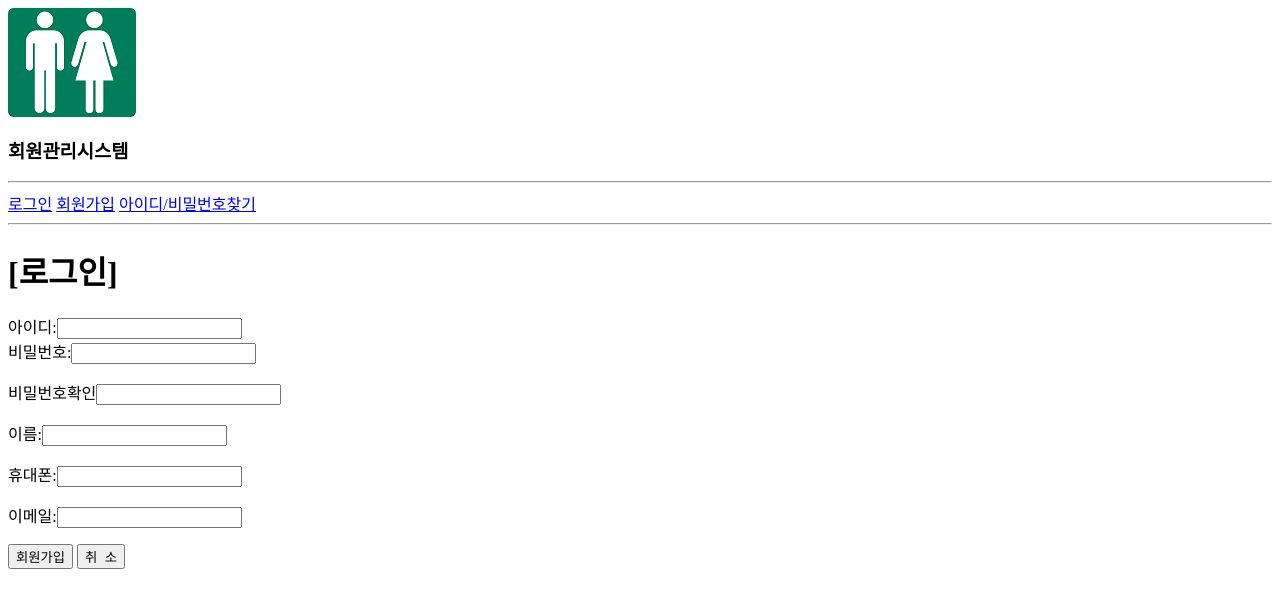
Repository: helloJunejun/WorkSpace_WebUi
Page: 0.1html_basic/src/main/webapp/joinMember.html
An editor plug-in stored every save of this project. The page is shown before and after the next save, followed by the edit.
The browser window is 1280 px wide. The pictures show the whole page.

Above is the page before, as saved 2021-06-24 00:14:41.

### 0.1html_basic/src/main/webapp/joinMember.html
<!--  문서타입 선언문 : html4 -->
<!DOCTYPE html PUBLIC "-//W3C//DTD HTML 4.01 Transitional//EN" "http://www.w3.org/TR/html4/loose.dtd">

<!--  root tag -->
<html lang="ko">
<!--  html 문서에 대한 부가적인 파싱 정보
	1. mime-type, character encoding 설정
	2. title 문서 제목
	3. css 설정
	4. javascript 설정
	5. 검색엔진 키워드 설정
 -->
	<head>
	<!--  mime-type, charcter encoding 설정 -->
		<meta http-equiv="Content-Type" content="text/html; charset=UTF-8">

		<!--  문서(document) 제목, 즐겨찾기시에 기본 텍스트 -->
		<title>로그인 | MMS</title>
	</head>

	<!-- 브라우저에 서비스(보여지는) 내용 -->
	<body>
	<a href="index.html"><img src="img/pictogram2.png"></a>
	<h3>회원관리시스템</h3>
		<hr>
		<a href="login.html">로그인</a>
		<a href="joinMember.html">회원가입</a>
		<a href="findMember.html">아이디/비밀번호찾기</a>
		<hr>
	<h1>[로그인]</h1>
	<form action="result.html" method="post">
		아이디:<input type="text" name="memberId"><br>
		비밀번호:<input type="password" name="memberPw"><p>
		비밀번호확인<input type="password" name="memberPw"><p>
		이름:<input type="password" name="memberPw"><p>
		휴대폰:<input type="password" name="memberPw"><p>
		이메일:<input type="password" name="memberPw"><p>


		<input type="submit" value="회원가입">
		<input type="reset" value="취  소">


	</form>

	</body>
</html>

After the next save:
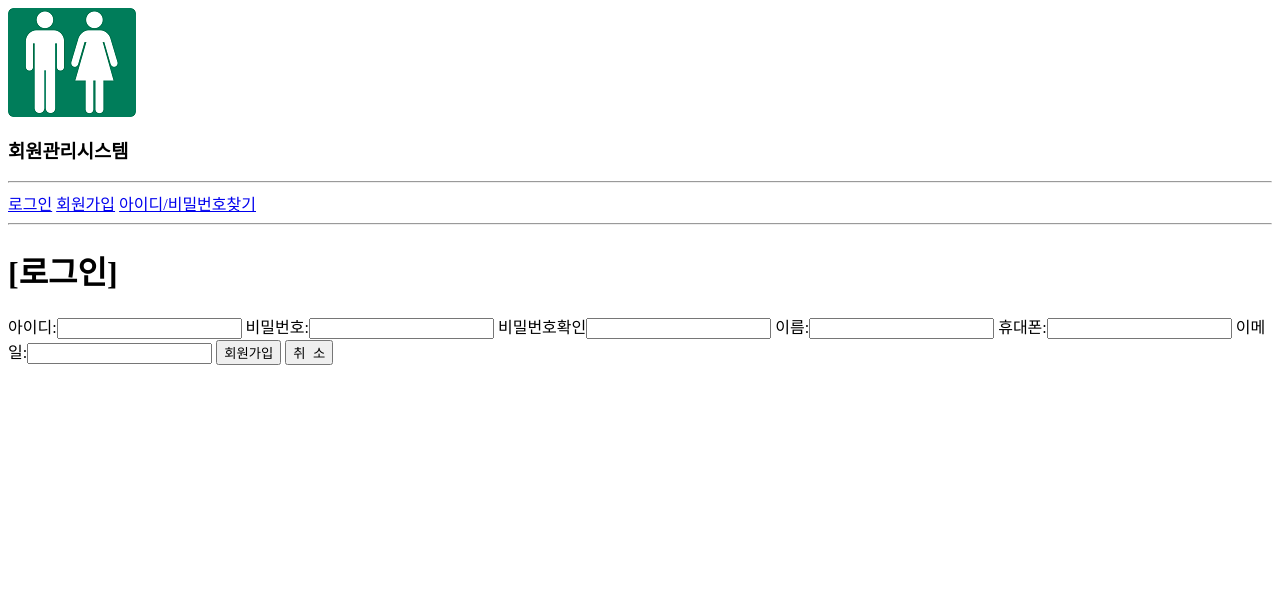
Saved 20 s later.
--- a/0.1html_basic/src/main/webapp/joinMember.html
+++ b/0.1html_basic/src/main/webapp/joinMember.html
@@ -29,12 +29,12 @@
 		<hr>
 	<h1>[로그인]</h1>
 	<form action="result.html" method="post">
-		아이디:<input type="text" name="memberId"><br>
-		비밀번호:<input type="password" name="memberPw"><p>
-		비밀번호확인<input type="password" name="memberPw"><p>
-		이름:<input type="password" name="memberPw"><p>
-		휴대폰:<input type="password" name="memberPw"><p>
-		이메일:<input type="password" name="memberPw"><p>
+		아이디:<input type="text" name="memberId">
+		비밀번호:<input type="password" name="memberPw">
+		비밀번호확인<input type="password" name="memberPw">
+		이름:<input type="password" name="memberPw">
+		휴대폰:<input type="password" name="memberPw">
+		이메일:<input type="password" name="memberPw">
 
 
 		<input type="submit" value="회원가입">
